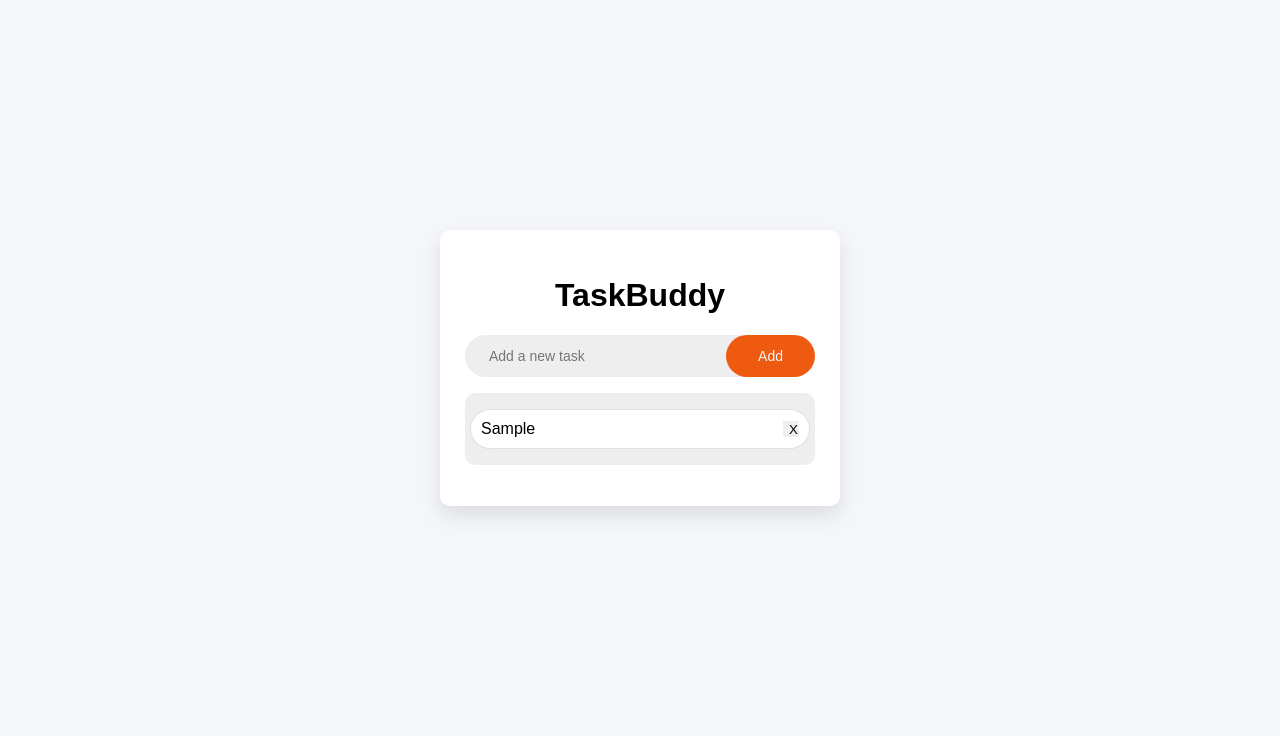
Repository: yogeshnandwani/taskbuddy-todo
Page: index.html
An editor plug-in stored every save of this project. The page is shown before and after the next save, followed by the edit.
The browser window is 1280 px wide. The pictures show the whole page.
Empty fields were first filled with sample values (such as "Sample", 5 or name@example.com).
After loading, the first visible `#addBtn` was clicked once.

Above is the page before, as saved 2026-03-16 18:08:38.

### index.html
<!DOCTYPE html>
<html lang="en">
<head>
<meta charset="UTF-8">
<title>TaskBuddy</title>
<link rel="stylesheet" href="css/style.css">
</head>

<body>

<div class="app">

<h1>TaskBuddy</h1>

<div class="task-input">
<input type="text" id="taskInput" placeholder="Add a new task">
<button id="addBtn">Add</button>
</div>

<ul id="taskList"></ul>

</div>

<script src="js/script.js"></script>

</body>
</html>

### css/style.css
body{
    font-family: Arial, sans-serif;
    background:#f4f6f9;
    display:flex;
    justify-content:center;
    align-items:center;
    height:100vh;
}

.app{
    background:white;
    padding:25px;
    border-radius:10px;
    width:350px;
    box-shadow:0 10px 20px rgba(0,0,0,0.1);
}

h1{
    text-align:center;
}

.task-input{
    display:flex;
    border-radius: 50px;
    background-color: #eee;
}

input{
    flex:1;
    padding:8px;
    border: none;
    border-radius: 50px;
    padding: 0.8rem 1.5rem;
    background-color: #eee;
    font-size: 14px;
}

input:focus{
    outline: none;
}

#addBtn{
    padding:0.8rem 2rem;
    border: none;
    border-radius: 50px;
    background-color: #ee5a10;
    color: #f4f6f9;
    cursor:pointer;
    font-size: 14px;
}

ul{
    background-color: #eee;
    border-radius: 10px;
    display: flex;
    padding: 1rem;
    gap: 10px;
    flex-direction: column;
    justify-content: center;
    align-items: center;
}

li{
    background:#fff;
    display: flex;
    align-items: center;
    padding: 10px;
    justify-content: space-between;
    border: 1px solid #0000001f;
    border-radius: 50px;
    width: 100%;
    display:flex;
    justify-content:space-between;
}

li .delete{
    width: 16px;
    height: 16px;
    border: none;
}

### js/script.js
const input = document.getElementById("taskInput")
const addBtn = document.getElementById("addBtn")
const list = document.getElementById("taskList")

addBtn.addEventListener("click", addTask)

function addTask(){
    const taskText = input.value.trim()

    if(taskText === "") return

    const li = document.createElement("li")

    li.innerHTML = `
    <span>${taskText}</span>
    <button class="delete">X</button>
    `

    list.appendChild(li)

    input.value=""
}

After the next save:
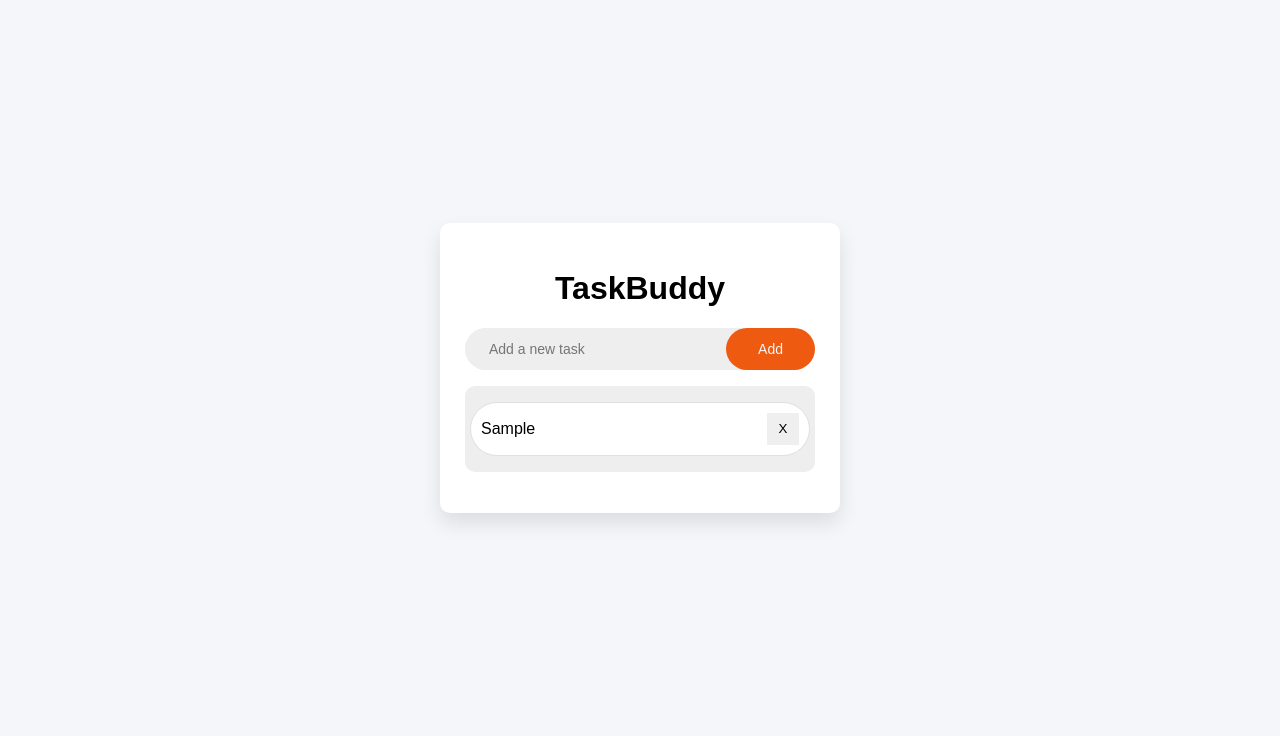
Saved 19 s later.
--- a/css/style.css
+++ b/css/style.css
@@ -74,7 +74,7 @@ li{
 }
 
 li .delete{
-    width: 16px;
-    height: 16px;
+    width: 2rem;
+    height: 2rem;
     border: none;
 }
